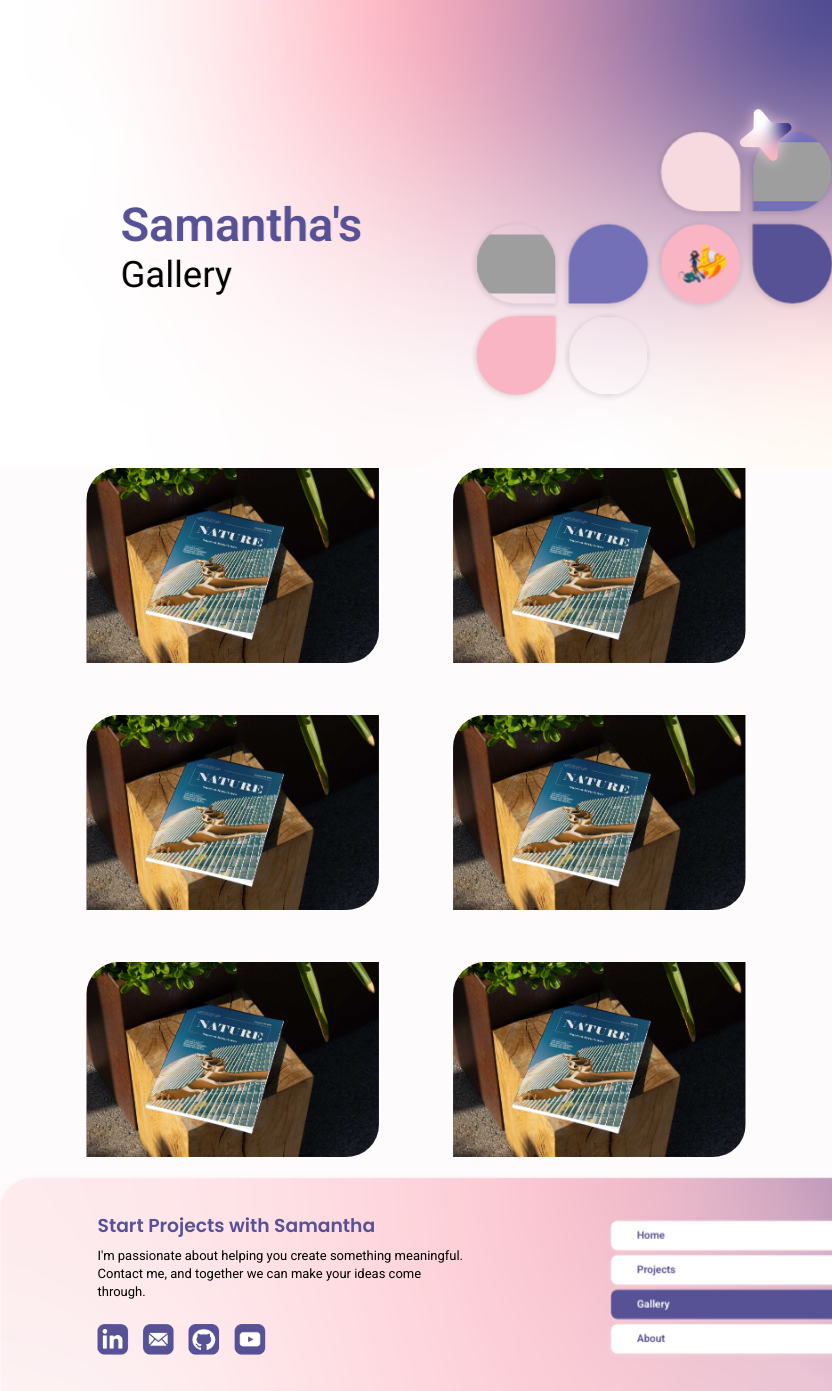
Repository: SamanthaYan298/Samantha-Portfolio
Page: gallery.html
An editor plug-in stored every save of this project. The page is shown before and after the next save, followed by the edit.
The browser window is 1280 px wide. The pictures show the whole page, at 65% of full size.
Pictures or frames that could not be fetched are drawn as grey boxes.

Above is the page before, as saved 2025-03-19 00:51:33.
Not found: images/gallery_images/dog_person.svg

After the next save:
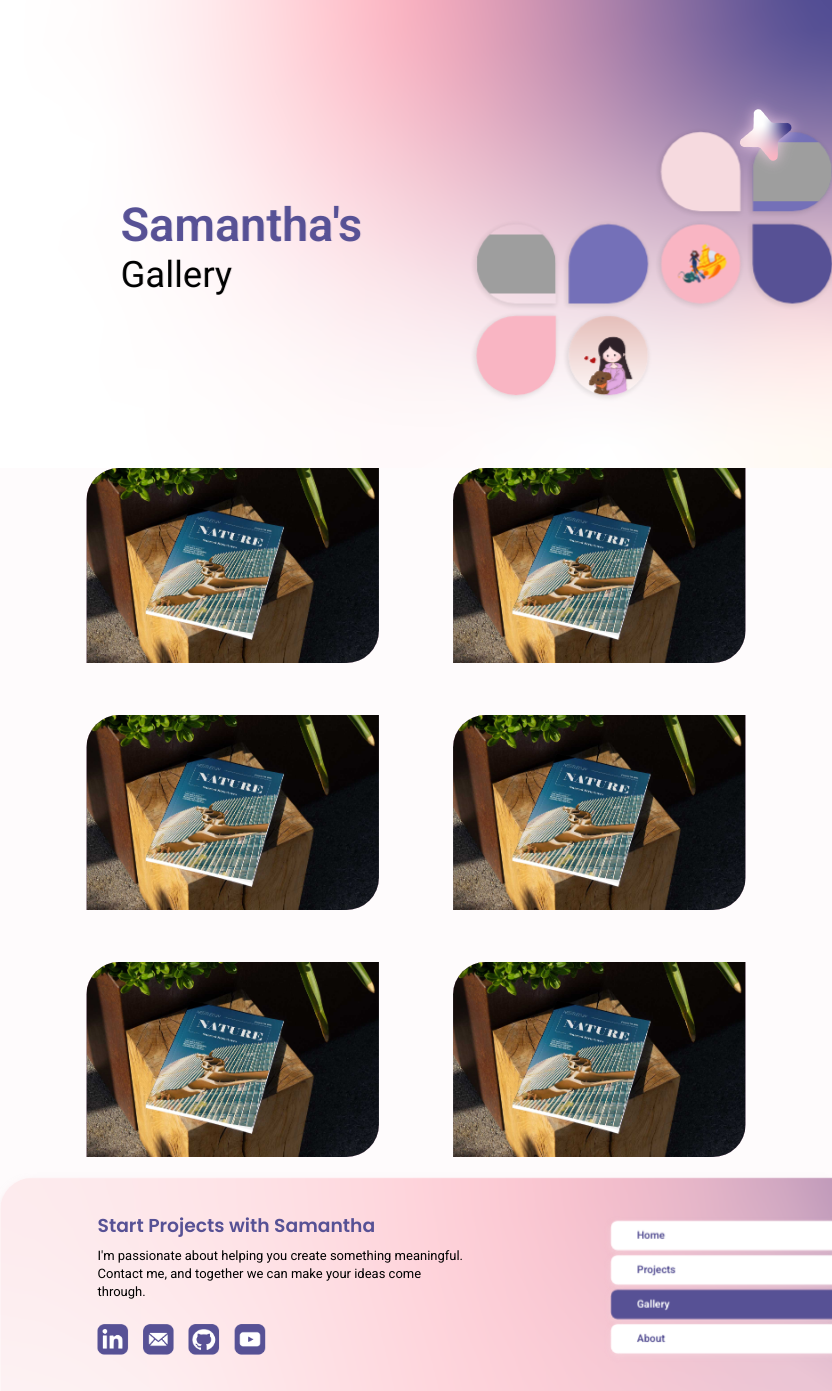
Saved 5 min 26 s later.
--- a/gallery.html
+++ b/gallery.html
@@ -68,7 +68,7 @@
                     <span class="item" style="--i: 5"></span>
 
                     <span class="item" style="--i: 9"></span>
-                    <img class="item" id="lady_gif" src="./images/gallery_images/dog_person.svg" style="--i: 8" alt="" />
+                    <img class="item" id="lady_gif" src="./images/gallery_images/dog_person.webp" style="--i: 8" alt="" />
                     <!-- <span class="item" style="--i: 7"></span> -->
                     <div style="visibility: hidden;"></div>
                     <img class="item" id="lady_gif" src="./images/glowfish_images/ebook_cover.webp" style="--i: 6" alt="" />
